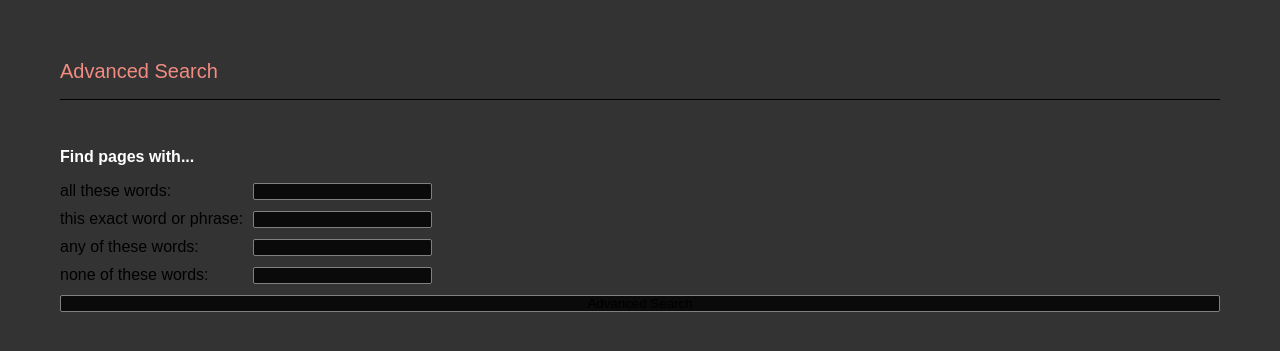
Repository: etentuk/search
Page: advanced_search.html
An editor plug-in stored every save of this project. The page is shown before and after the next save, followed by the edit.
The browser window is 1280 px wide. The pictures show the whole page.

Above is the page before, as saved 2021-11-04 23:22:33.

After the next save:
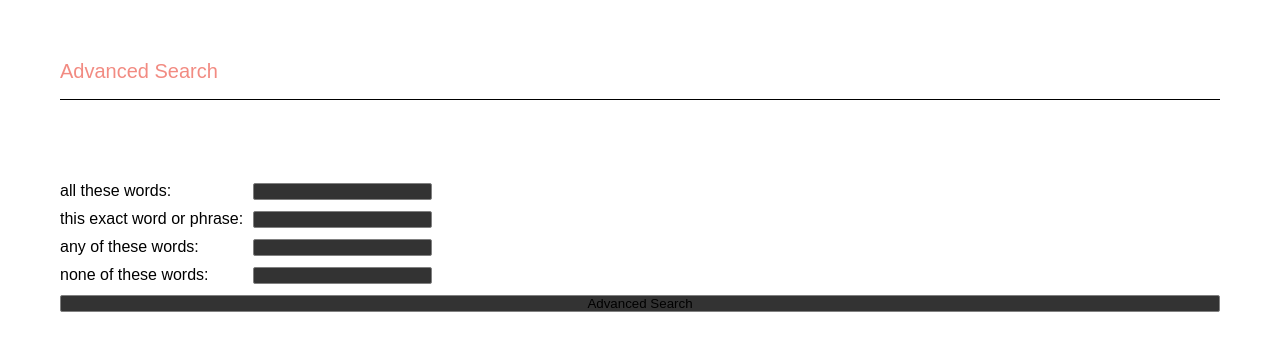
Saved 11 min 24 s later.
--- a/styles.css
+++ b/styles.css
@@ -32,7 +32,6 @@ label {
 
 #container {
   font-family: Arial, Helvetica, sans-serif;
-  background-color: rgba(0, 0, 0, 0.8);
   min-height: 100vh;
   padding: 60px;
 }
